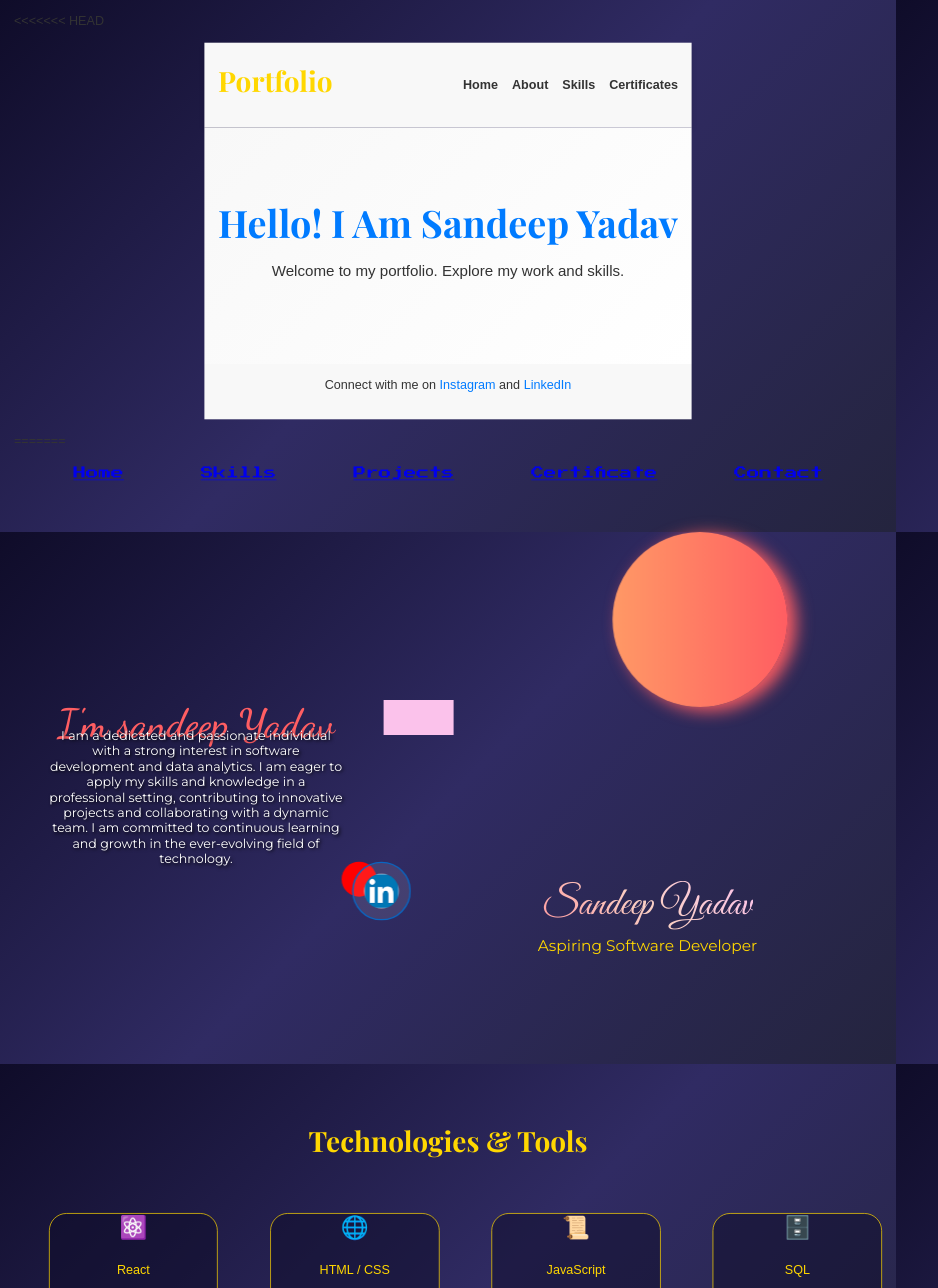
Repository: SandeepYadav18717/Sandeep_portfolio
Page: /
An editor plug-in stored every save of this project. The page is shown before and after the next save, followed by the edit.
The browser window is 1280 px wide. The page is 1340 px wide, so the pictures cover 1340 px, including what lies to the right of the window. The pictures show the part of the page from y = 0 to 1840 px (the page is 4565 px tall), at 70% of full size.
The project was rebuilt for these pictures with package versions that can differ from the ones it lists, and the page was loaded fresh each time. Also part of the build but not shown: vite.config.js.

Above is the page before, as saved 2025-09-03 05:56:19.

### index.html
<<<<<<< HEAD
 <!DOCTYPE html>
<html lang="en">
<head>
    <meta charset="UTF-8">
    <meta name="viewport" content="width=device-width, initial-scale=1.0">
    <title>Portfolio - Sandeep Yadav</title>
    <style>
        body {
            margin: 0;
            font-family: 'Arial', sans-serif;
            background-color: #ffffff;
            color: #333333;
            height: 100vh;
            display: flex;
            flex-direction: column;
            justify-content: space-between;
        }

        .container {
            max-width: 1200px;
            margin: 0 auto;
            padding: 20px;
            flex: 1;
        }

        .navbar {
            display: flex;
            justify-content: space-between;
            align-items: center;
            padding: 20px;
            background-color: #f8f8f8;
            box-shadow: 0 4px 8px rgba(0, 0, 0, 0.1);
            animation: slideIn 1s ease-out;
        }

        .navbar ul {
            list-style: none;
            display: flex;
            gap: 20px;
        }

        .navbar ul li {
            display: inline;
        }

        .navbar ul li a {
            color: #333333;
            text-decoration: none;
            font-weight: bold;
            transition: color 0.3s;
        }

        .navbar ul li a:hover {
            color: #007bff;
        }

        .hero {
            text-align: center;
            padding: 100px 20px;
            background: linear-gradient(135deg, #f8f8f8, #ffffff);
            animation: fadeIn 2s ease-in-out;
            flex: 1;
        }

        .hero h1 {
            font-size: 3em;
            margin: 0;
            color: #007bff;
            animation: bounceIn 1.5s ease-in-out;
        }

        .hero p {
            font-size: 1.2em;
            margin: 20px 0;
            color: #333333;
            animation: fadeIn 2s ease-in-out;
        }

        .hero a {
            display: inline-block;
            padding: 10px 20px;
            color: #ffffff;
            background-color: #007bff;
            text-decoration: none;
            border-radius: 5px;
            transition: background-color 0.3s;
            animation: fadeIn 2s ease-in-out;
        }

        .hero a:hover {
            background-color: #0056b3;
        }

        .footer {
            text-align: center;
            padding: 20px;
            background-color: #f8f8f8;
            animation: slideIn 1s ease-out;
        }

        .footer a {
            color: #007bff;
            text-decoration: none;
        }

        @keyframes slideIn {
            from {
                transform: translateY(-100%);
                opacity: 0;
            }
            to {
                transform: translateY(0);
                opacity: 1;
            }
        }

        @keyframes fadeIn {
            from {
                opacity: 0;
            }
            to {
                opacity: 1;
            }
        }

        @keyframes bounceIn {
            0%, 20%, 40%, 60%, 80%, 100% {
                transform: translateY(0);
            }
            50% {
                transform: translateY(-20px);
            }
        }
    </style>
</head>
<body>
    <div class="container">
        <nav class="navbar">
            <div class="logo">
                <h1>Portfolio</h1>
            </div>
            <ul>
                <li><a href="index.html">Home</a></li>
                <li><a href="about sandeep.html">About</a></li>
                <li><a href="Sandeep port experience.html">Skills</a></li>
                <li><a href="Sandeep port certifications.html">Certificates</a></li>
            </ul>
        </nav>

        <section class="hero" id="home">
            <h1>Hello! I Am Sandeep Yadav</h1>
            <p>Welcome to my portfolio. Explore my work and skills.</p>

        </section>

        <footer class="footer">
            <p>Connect with me on <a href="https://instagram.com/sandeepyadav782707?utm_source=qr&igshid=ZDc4ODBmNjlmNQ%3D%3D">Instagram</a> and <a href="https://www.linkedin.com/in/sandeep-yadav-0b6357210">LinkedIn</a></p>
        </footer>
    </div>
</body>
</html>
=======
<!doctype html>
<html lang="en">
  <head>
    <meta charset="UTF-8" />
    <link rel="icon" type="image/svg+xml" href="/vite.svg" />
    <meta name="viewport" content="width=device-width, initial-scale=1.0" />
    <title>Vite + React</title>
  </head>
  <body>
    <div id="root"></div>
    <script type="module" src="/src/main.jsx"></script>
  </body>
</html>
>>>>>>> 4fd1c6c (Initial upload of React portfolio project)

### src/App.jsx
import { useEffect } from "react";
import Navbar from "./navbar/Navbar";
import Index from "./Pages/Index";
import Skills from "./Pages/Skills";

import Cards  from "./Cards/Cards";
import Contact from "./Contact/contact";
import Cert from "./Certifitae/Certi.jsx";   // 👈 yaha import kar

import "./App.css";

function App() {
  useEffect(() => {
    const observer = new IntersectionObserver(
      (entries) => {
        entries.forEach((entry) => {
          if (entry.isIntersecting) {
            entry.target.classList.add("visible");
          } else {
            entry.target.classList.remove("visible");
          }
        });
      },
      { threshold: 0.2 } // 20% section visible hote hi trigger
    );

    document.querySelectorAll(".section").forEach((sec) => {
      observer.observe(sec);
    });

    return () => observer.disconnect();
  }, []);

  return (
    <>


      <Navbar />
      <section id="home" className="section"><Index /></section>
      <section id="skills" className="section"><Skills /></section>
      <section id="projects" className="section"><Cards /></section>
      <section id="Certifitae" className="section"><Cert /></section>
       <section id="contact" className="section"><Contact /></section>
    </>
  );
}

export default App;

### src/Navbar/Navbar.jsx
import "./Navabr.css";



import { useState,useEffect } from 'react'
function Navbar() {
  const [loaded, setLoaded] = useState(false);

  useEffect(() => {
    // Trigger animation when component mounts
    setLoaded(true);
  }, []);
  function About(){
    location.href = 'Home.jsx';
    console.log("clickedded");
  }
  function Project(){
    location.href = 'Cards.jsx';
    console.log("clicked");
  }

    return (
        <div id="container">
       <a href="#home" className="nav-item">Home</a>
        <a href="#skills" className="nav-item">Skills</a>
        <a href="#projects" className="nav-item">Projects</a>
        <a href="#Certifitae" className="nav-item">Certificate</a>
        <a href="#contact" className="nav-item">Contact</a>
        </div>
    )
}

export default Navbar;

### src/Pages/Index.jsx

import "./Home.css";
import Linkdin from "../Pages/Linkdin.png"; // Adjust the path based on the actual location

function Home() {
  return (
    <>

     <div id="detail">


     <div id="overlay">I'm sandeep Yadav
       <div id="Linkdin">
        <img src={Linkdin} alt=""
        style={{
        width: "50px",
        height: "50px",
         borderRadius: "50%",
        objectFit: "cover",
        border: "2px solid #0A66C2",
           marginTop: "0px"   }} />
       </div>
      <div id="Instagram">

      </div>
      <div id="twitter"></div>
     </div>
     <div id="bg-Photo">

     </div>

     <div id="intro">

          I am a dedicated and passionate individual with a strong interest in
          software development and data analytics. I am eager to apply my skills
          and knowledge in a professional setting, contributing to innovative
          projects and collaborating with a dynamic team. I am committed to
          continuous learning and growth in the ever-evolving field of
          technology.

    </div>


   <div id="name">

          Sandeep Yadav
      </div>

   <div id="role">
          Aspiring Software Developer


     </div></div>
     <br/><br/><br/><br/><br/>
    </>
  );
}

export default Home;

### src/Pages/Skills.jsx
import { Card } from "../Cards/Cards"
import "./Skills.css"


function Skills() {
  return (
    <>
      <h1> Technologies & Tools</h1>
      <div id="card-skill">
        <Card
          className="card-skill-1"
          title={<>⚛️</>}
          description="React"
        />
        <Card
          className="card-skill-2"
          title={<>🌐</>}
          description="HTML / CSS"
        />
        <Card
          className="card-skill-3"
          title={<>📜</>}
          description="JavaScript"
        />
        <Card
          className="card-skill-4"
          title={<>🗄️</>}
          description="SQL"
        />
      </div>

      {/* another div line 2 */}
      <div id="card-skill">
        <Card
          className="card-skill-1"
          title={<>🐼</>}
          description="Pandas"
        />
        <Card
          className="card-skill-2"
          title={<>🐍</>}
          description="Python"
        />
        <Card
          className="card-skill-3"
          title={<>🐙</>}
          description="github"
        />
        <Card
          className="card-skill-4"
          title={<>🛠️</>}
          description="Tools"
        />
      </div>
    </>
  )
}

export default Skills;

### src/Contact/contact.jsx
import { useState } from "react";
import "./contact.css";

function Contact() {
  const [name, setName] = useState("");
  const [Email, setEmail] = useState("");
  const [phone, setPhone] = useState("");
  function on(event){
    setName(event.target.value)

  }
   function email(event){
    setEmail(event.target.value)

  }
   function Phone(event){
    setPhone(event.target.value)

  }


  return (
    <>
    <div id="heading">Get in <span style={{color:"gold"}}>Touch</span> With Us
</div>
<br />
<div id="value">
      <input
        type="text"
        onChange={on}

        placeholder="Enter your name"
        className="input-box"
      /><br />
      {name}

      <br />

      <input
      className="input-box"
        type="email"
        onChange={email}
        placeholder="Enter your Email"
      /><br />
     Email is: {Email}
<br />
       <input
       className="input-box"
        type="Phone"
        onChange={Phone}

        placeholder="Enter your Phone number"
      />
      <br />
      Mobile No:{phone}
      <br />
    <br />

  <button >submit</button>
    </div>
    </>
  );
}


export default Contact;

### src/Certifitae/Certi.jsx

import Card from "../Cards/Cards";

import "./certi.css";
import python from "./python.png";
import Html from "./Html.jpg";
import image from "./image_cd97ae3d-5304-4b07-9a13-3357f6d9babd20230831_163952.jpg";
import go from "./Googleanalytics.jpg";

function Cert() {
  return (
    <div>
<h1 style={{ fontFamily: 'Playfair Display' }}> Certifications & Achievements</h1>
      <div id="card-skills">

        <ul>
          <img src={python} alt="python" />

          <img src={Html} alt="" />

          <img src={go} />

        </ul>


      </div>


    </div>
  );
}

export default Cert;

### src/App.css

html { scroll-behavior: smooth; }

.section {
  min-height: 100vh;
  opacity: 0;
  transform: translateY(80px);
  transition: all 1.2s ease-in-out;
  transition-delay: 0.3s;
}

.section.visible {
  opacity: 1;
  transform: translateY(0);
}

### src/Navbar/Navabr.css
@import url('https://fonts.googleapis.com/css2?family=Press+Start+2P&display=swap');
html {
  scroll-behavior: smooth;
}
#container {
    height: 70px;
    width: 100%;
    display: flex;
    justify-content: space-evenly;
    align-items: center;
    font-family: 'Press Start 2P', cursive;
    color: #4e3940;
    background-color: transparent;
    transition: all 0.2s ease-in-out;
}
#container

.nav-item {
    padding: 10px 25px;
    border-radius: 10px;


    transition: all 0.4s ease;
}

#container .nav-item:hover {
    text-shadow: 2px 2px 5px whitesmoke;
    box-shadow: 0 10px 20px rgba(0,0,0,0.5);
    transform: translateY(-10px) scale(1.1);
    background-color:  #4e3940;
    color: whitesmoke;
    cursor: pointer;
}

body{
    background: linear-gradient(135deg,black);
    height: 100vh;
}

### src/Pages/Home.css
@import url('https://fonts.googleapis.com/css2?family=Great+Vibes&display=swap');
@import url("https://fonts.googleapis.com/css2?family=Dancing+Script:wght@600&display=swap");

#detail {
  position: relative;
  margin-top: 0%;
  height: auto;
  padding: 50px;
  display: flex;
  flex-direction: column;
  align-items: center;
}

#bg-Photo {
  height: 250px;
  width: 250px;
  background: linear-gradient(to right, #ff9966, #ff5e62);
  border-radius: 50%;
  margin-bottom: 30px;
  margin-left: 100vh;
  box-shadow: 12px 5px 25px #ff5e62;
  animation: photoSlide 1.5s ease forwards;
   display:flex;
 justify-content: space-between;

}

@keyframes photoSlide {
  from {
    transform: translateY(-200%);
    opacity: 0;
  }
  to {
    transform: translateY(0);
    opacity: 1;
  }
}


#name {
  font-family: 'Montserrat', sans-serif;
  font-size: 30px;
  color: white;
  margin-bottom: 10px;
  margin-left: 50%;
  animation: nameSlide 1.5s ease forwards;
}

@keyframes nameSlide {
  from {
    transform: translateX(-100%);
    opacity: 0;
  }
  to {
    transform: translateX(0);
    opacity: 1;
  }
}


#role {
  font-family: 'Montserrat', sans-serif;
  font-size: 22px;
  color: #ffd700;
  margin-bottom: 20px;
  animation: roleSlide 1.5s ease forwards;
  margin-left: 50%;
}

@keyframes roleSlide {
  from {
    transform: translateX(100%);
    opacity: 0;
  }
  to {
    transform: translateX(0);
    opacity: 1;
  }
}


#intro {
  font-family: 'Montserrat', sans-serif;
  font-size: 18px;
  color: white;
  text-align: center;
  margin-right: 100vh;
  max-width: 100vh;
  text-shadow: 2px 2px 5px black;
  animation: introSlide 2s ease forwards;
  opacity: 0;
}

@keyframes introSlide {
  from {
    transform: translateY(200%);
    opacity: 0;
  }
  to {
    transform: translateY(0);
    opacity: 1;
  }
}
#overlay {
  position: absolute;
  color:  #ff5e62;
  top: 40%;
  left: 5%;
  font-size: 400%;
  height: 100%;
}

#name {
  font-family: 'Great Vibes', cursive;
  font-size: 3.5rem;
  text-align: center;
  margin-top: 20px;


  background: linear-gradient(45deg, #ff9a9e, #fad0c4, #fbc2eb);
  background-clip: text;
  -webkit-text-fill-color: transparent;
}
#overlay{
   font-family:  'Dancing Script', cursive;
  font-size: 3.5rem;
  text-align: center;
  display:flex;
  gap:10px


}




#Linkdin{
  height:50px;
  width:50px;
  margin-top: 40%;
  background-color: red;
  border-radius: 50%;
  animation: photoSlide 1.5s ease forwards;
}
#instagram{
  background-color: #fbc2eb;
   height:50px;
  width:100px;
}

### src/Pages/Skills.css
@import url("https://fonts.googleapis.com/css2?family=Monoton&display=swap");
@import url('https://fonts.googleapis.com/css2?family=Playfair+Display:wght@400;700&display=swap');

html {
  scroll-behavior: smooth;
}
h1 {
  text-align: center;
  color: gold;

  margin-top: 20px;
  font-size: 250%;
  margin-top: 5%;
  font-family: 'Playfair Display';
}
#card-skill {
  height: 200px;
  display: flex;

  align-items: center;
  gap:2%;
  border-radius: 20px;
  color: white;
  width:100%




}
.card-skill-1,.card-skill-2,.card-skill-3,.card-skill-4{
    background-color:  rgba(15, 12, 41, 0.7);
    border: 1px solid gold;
    height:145px;
    width:250px;
    background: rgba(15, 12, 41, 0.5);
    border-radius: 25px;
    margin-left: 4%;
    margin-top: 5%;
    text-align: center;
    color: #ffd700


 ;


}
.card-skill-1:hover,.card-skill-2:hover,.card-skill-3:hover,.card-skill-4:hover,.card-skill.h3:hover{
    border-color: #ffd700;
    box-shadow: 10px 15px 15px rgba(255, 215, 0, 0.2),  0 2.5px 5px crimson;
    transform: scale(1.3);
    border:2px, double ,gold;

}
.card-skill.h3 {
  color: yellow;
  background: transparent;
  display: inline-block;
  font-size: 20px;
  transition: transform 0.3s ease, color 0.3s ease;
  height: 35px;
  width:250px;
}

### src/Cards/Card.css
@import url('https://fonts.googleapis.com/css2?family=Montserrat:wght@400;700&display=swap');
@import url('https://fonts.googleapis.com/css2?family=Cinzel:wght@600&display=swap');



#card-contain{
    display: flex;

    height:250px;
    margin-top: 10%;
    justify-content: center;
    border-radius: 25px;
    gap:4%



}


.Back {
  background: linear-gradient(135deg, #3a1c71, #d76d77, #ffaf7b);
  height: 250px;
  width: 250px;
  border-radius: 25px 80px 25px  80px;
  border: 3px double gold;
   margin-left: 0px;
   padding-left: 20px;
   padding-top: 20px;
  transition: transform 0s ease;
  box-shadow: 5px 10px 18px 5px black ;
  animation: card 1s ease-in-out 0s;

}
@keyframes card {
  0%{
    transform: scale(0.5);
    opacity: 0;


  }


  100%{
    transform: scale(1);
    opacity: 200;
  }

}

.Back:hover {
 transform: rotateY(180deg);
 height:400px;
 color: wheat;
  background: linear-gradient(135deg, #0f0c29, #302b63, #24243e);
  border: 3px solid gold;
  box-shadow: 5px 10px 18px  crimson;
  font-size: small;
  font-family:'Montserrat' ;
}

.Back-X {
  background: linear-gradient(-135deg, #3a1c71, #d76d77, #ffaf7b);
  height: 250px;
  width: 250px;
  padding-left: 20px;
  padding-top: 50px;
  border-radius: 50px;
   margin-left: 0px;
  transition: transform 0s ease;
  box-shadow: 5px 10px 18px 10px black;


}
.Back-X:hover {
  transform: rotateX(180deg);
 height:400px;
 padding-top: 20px;
 font-size: small;
 color: wheat;
  background: linear-gradient(135deg, #0f0c29, #302b63, #24243e);
  border: 3px solid gold;
  box-shadow: 5px 10px 18px  crimson;
  font-family:'Montserrat' ;



}

.card-1,.card-3  {
  border-radius: 25px;
  height: 250px;
   margin-left: 40px;
  color: transparent;
  transition: transform 1s ease;


}
.card-1:hover {
  transform: rotateY(180deg);


}


.card-2,.card-4 {

  height: 450px;
  width: 250px;
  border-radius: 25px;
   margin-left: 40px;
  transition: transform 1s ease;
  color: transparent;

}

.card-2:hover {
  transform: rotatex(180deg);

}


.card-3:hover {
  transform: rotateY(180deg);
   color: wheat;
}

.card-4:hover {
  transform: rotateX(180deg);

}
body{
 background: linear-gradient(135deg, #0f0c29, #302b63, #24243e);
            color: #f8f8f8;
            min-height: 100vh;
            padding: 20px;
}
h3{
  color: yellow;
  font-size: xx-large;
  margin-top:0% ;
}
h3:hover{
  color: yellow;

  margin-top:0% ;
}
p{
  margin-top: 0%;
}

### src/Contact/contact.css
html {
  scroll-behavior: smooth;
}

body{
    background-color: azure;
    color: aqua;
    font-size: large;
}
.input-box {
             display: inline-flex;
            align-items: center;
            gap: 15px;
            margin-top: 2%;
            padding: 18px 40px;
            background: linear-gradient(135deg, var(--gold) 0%, #B8860B 100%);
            color: var(--dark);
            border: none;
            font-weight: 600;
            border-radius: 2px;
            transition: var(--transition);
            box-shadow: 0 10px 30px rgba(212, 175, 55, 0.3);
            cursor: pointer;



}
@keyframes input {
   25% {
    transform: translateY(-1225px);
  }
  50% {
    transform: translateZ(100px) translateY(100px);
  }
  75% {
    transform: translateZ(1225px);
  }
}


.input-box:focus {
  border-color: #007bff;
  box-shadow: -4px 15px 25px rgba(240, 241, 243, 0.5);
  width: 500px;

}
button{
    display: inline-flex;
            align-items: center;

            gap: 15px;
            padding: 18px 40px;
            background: linear-gradient(to right, #ff9966, #ff5e62);
            color: Gold;
            border: yellow;
            font-weight: 600;
            border-radius: 2px;
            transition: var(--transition);
            box-shadow: 0 10px 30px rgba(212, 175, 55, 0.3);
            cursor: pointer;
}
button:hover{
     transform: translateY(-3px);
            box-shadow: 0 15px 40px rgba(212, 175, 55, 0.4);
}
#heading{
    font-size: xxx-large;
    color:  #f9dcdc;
    text-shadow: 1px 1px 4px  gold;
    text-align: center;
}

### src/Certifitae/certi.css
@import url('https://fonts.googleapis.com/css2?family=Playfair+Display:wght@400;700&display=swap');
@import url('https://fonts.googleapis.com/css2?family=Playfair+Display:wght@400;700&display=swap');
html {
  scroll-behavior: smooth;
}
h1 {
  font-family: 'Playfair Display', serif;
  font-size: 2.5rem;     /* bada heading */
  text-align: center;    /* beech me laane ke liye */
  margin-bottom: 20px;
  color: gold;           /* classy golden heading */
}
#card-skills{
    border:4px solid gold;
     height: 500px;
  display: flex;
  margin-left: 5%;
  align-items: center;
  gap:2%;
  border-radius: 20px;
  color: white;
  width:90%;
  background: linear-gradient(135deg, rgba(15, 12, 41, 0.8), rgba(48, 43, 99, 0.8));
 padding: 0px;
            margin-top: 0px;
            border: 2px solid rgba(255, 215, 0, 0.3);
        }
/* .card1,.card2,.card3,.card4{
                background: rgba(255, 255, 255, 0.1);
            border-radius: 10px;
            padding: 15px;
            width: 280px;
            height:100px;
            margin-left: 15px;
            transition: all 0.3s ease;
        }
        .card3{
            margin-top: 25%;
        }
        .card2{
            margin-left: 25%;
        }


.card1:hover,.card2:hover,.card3:hover,.card4:hover,.card-skill.h3:hover{



  transform: translateY(-5px);
            box-shadow: 0 10px 20px rgba(0, 0, 0, 0.3);
} */
img  {
      background: rgba(255, 255, 255, 0.1);
            border-radius: 10px;
            padding: 15px;
            width: 350px;
            height:250px;
            margin-left: 15px;
            margin-top: 0%;
            transition: all 0.3s ease;
}
img:hover{
     transform: translateY(-5px);
            box-shadow: 0 10px 20px rgba(0, 0, 0, 0.3);
}

Loaded but not shown: src/main.jsx (common file); src/index.css (common file); src/Cards/Cards.jsx (86 lines, source omitted)

After the next save:
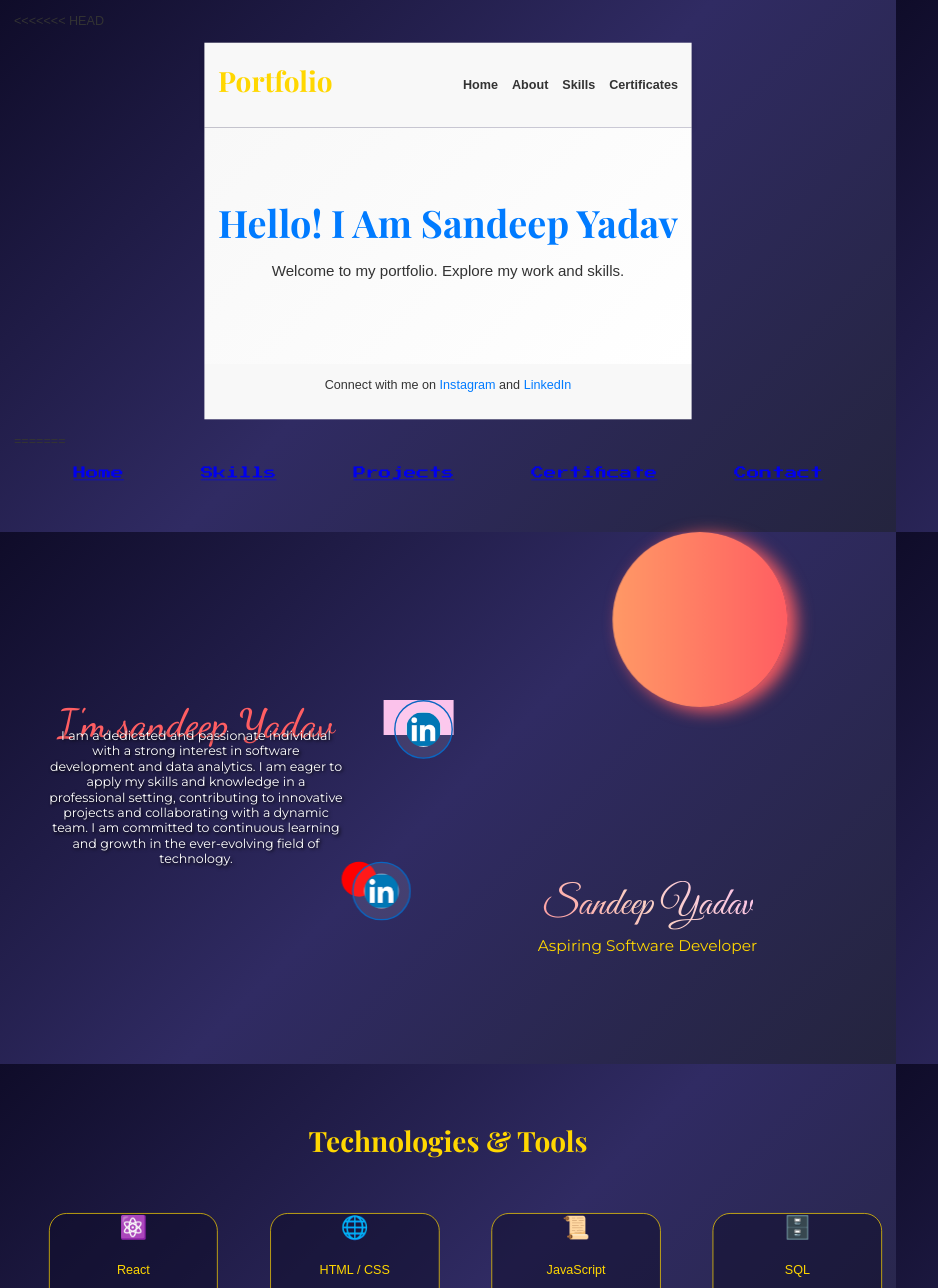
Saved 10 s later.
--- a/src/Pages/Index.jsx
+++ b/src/Pages/Index.jsx
@@ -21,6 +21,14 @@
            marginTop: "0px"   }} />
        </div>
       <div id="Instagram">
+        <img src={Linkdin} alt=""
+        style={{
+        width: "50px",
+        height: "50px",
+         borderRadius: "50%",
+        objectFit: "cover",
+        border: "2px solid #0A66C2",
+           marginTop: "0px"   }} />
 
       </div>
       <div id="twitter"></div>
